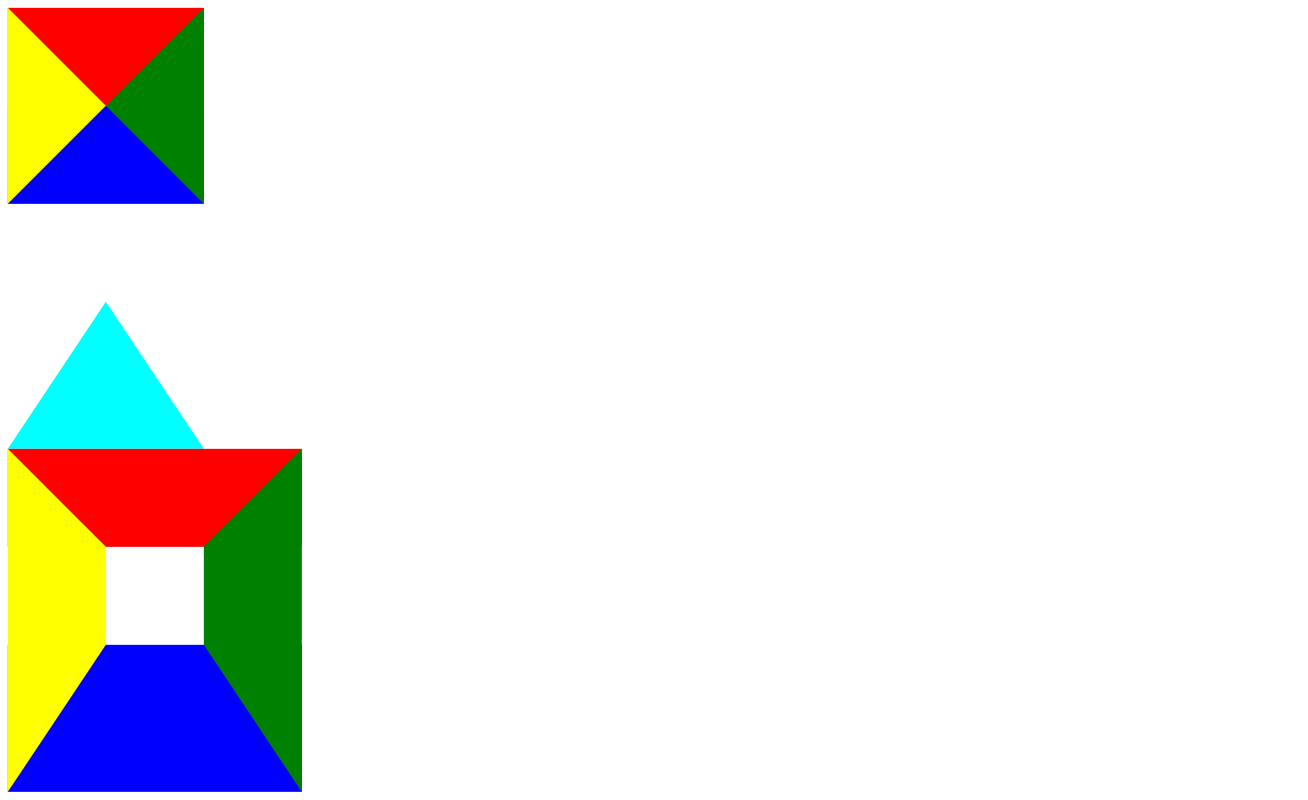
Repository: zh-webliker/achiveSomeFunction
Page: css/css画图.html
The author's editor kept a copy of each file at every save. The page is drawn from the files as they stood at one save, then again after the next save.
The browser window is 1280 px wide. The page is 1335 px wide, then 1280 px, so the pictures cover 1335 px, including what lies to the right of the window. The pictures show the whole page, at 98% of full size.

Above is the page before, as saved 2021-07-13 16:18:36.

After the next save:
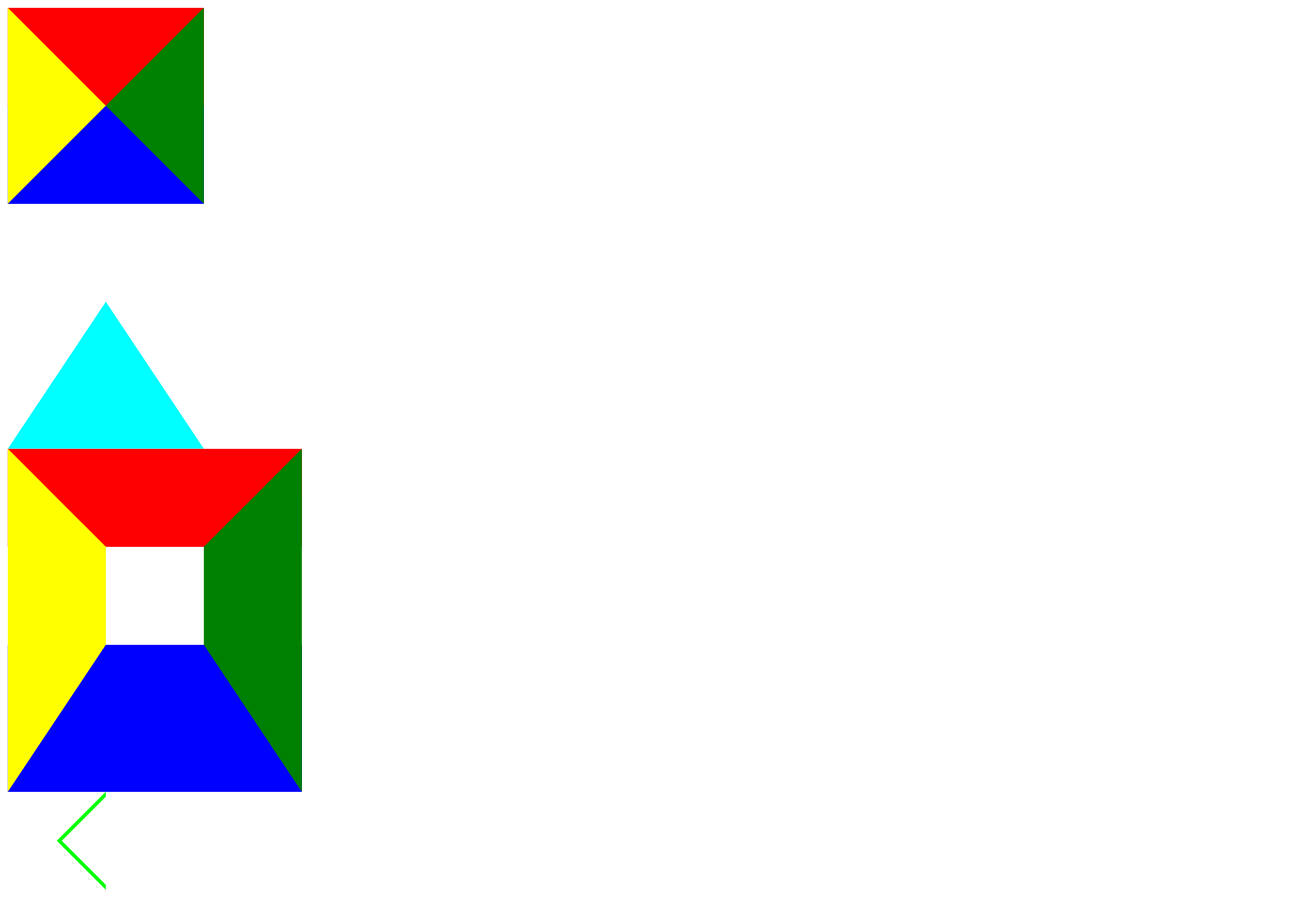
Saved 12 s later.
--- a/css/css画图.html
+++ b/css/css画图.html
@@ -29,25 +29,21 @@
     border-left: 100px solid yellow;
     border-right: 100px solid green;
   }
-  <style>
-        .arrow{
-            width: 0;
-            height: 0;
-            border: 50px solid;
-            border-color: transparent #0f0 transparent transparent;
-            position: relative;
-        }
-        .arrow::after{
-            content: '';
-            position: absolute;
-            right: -55px;
-            top: -50px;
-            border: 50px solid;
-            border-color: transparent #fff transparent transparent;
-        }
-
-        <div class="arrow"></div>
-</style>
+  .arrow{
+      width: 0;
+      height: 0;
+      border: 50px solid;
+      border-color: transparent #0f0 transparent transparent;
+      position: relative;
+  }
+  .arrow::after{
+      content: '';
+      position: absolute;
+      right: -55px;
+      top: -50px;
+      border: 50px solid;
+      border-color: transparent #fff transparent transparent;
+  }
 
 </style>
 <body>
